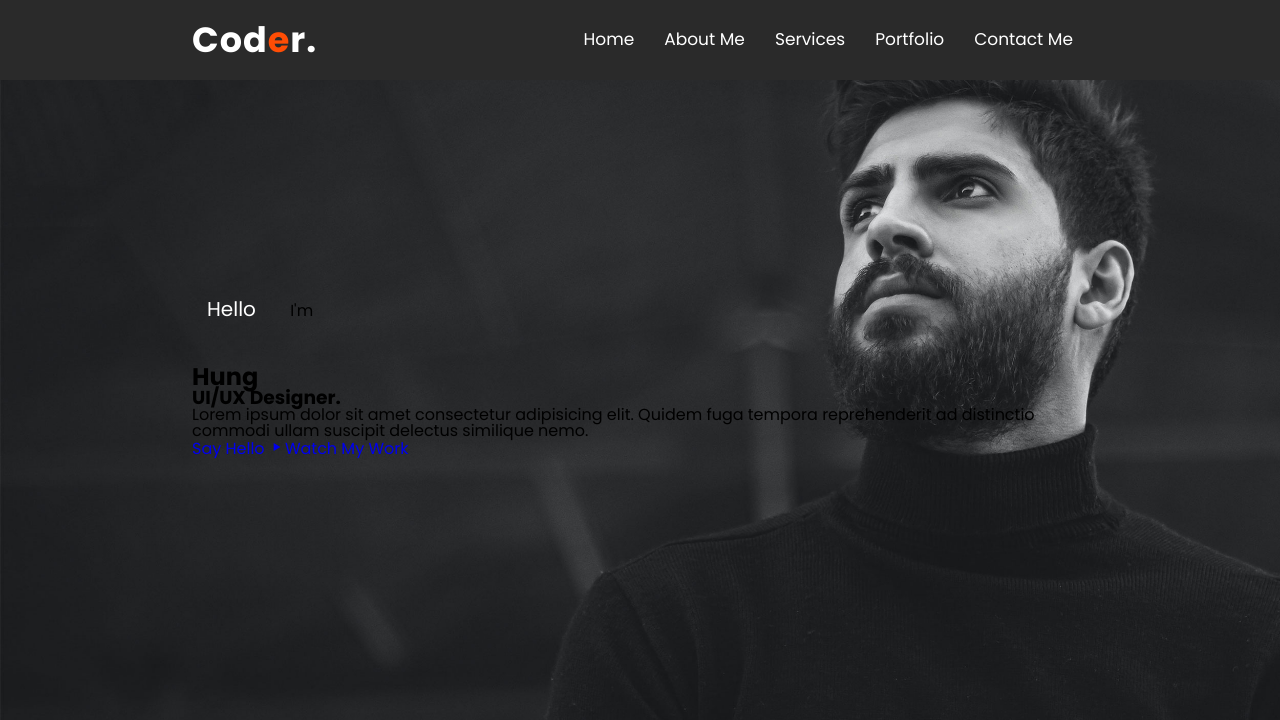
Repository: HungNg99/Protifolio2
Page: Portfolio/index.html
These files come from the project's save history. The page is drawn as it stood at one moment and after the next save; the edit follows.
The browser window is 1280 px wide. The pictures show the whole page.

Above is the page before, as saved 2022-12-09 09:50:15.

### Portfolio/index.html
<!DOCTYPE html>
<html lang="en">

<head>
    <meta charset="UTF-8">
    <meta http-equiv="X-UA-Compatible" content="IE=edge">
    <meta name="viewport" content="width=device-width, initial-scale=1.0">
    <title>Portfolio</title>
    <link rel="stylesheet" href="./reset.css">
    <link rel="stylesheet" href="./style.css">
    <link rel="stylesheet" href="https://cdnjs.cloudflare.com/ajax/libs/font-awesome/6.2.1/css/all.min.css"
        integrity="sha512-MV7K8+y+gLIBoVD59lQIYicR65iaqukzvf/nwasF0nqhPay5w/9lJmVM2hMDcnK1OnMGCdVK+iQrJ7lzPJQd1w=="
        crossorigin="anonymous" referrerpolicy="no-referrer" />

        <link rel="stylesheet"
        href="https://unpkg.com/boxicons@latest/css/boxicons.min.css">

    <link
        href="https://fonts.googleapis.com/css2?family=Montserrat:wght@800&family=Poppins:ital,wght@0,300;0,400;0,600;0,700;1,600&family=Roboto:wght@300;500&display=swap"
        rel="stylesheet">
</head>

<body>
    <!-- header design-->
    <header>
        <a href="#" class="logo">Cod<span>e</span>r.</a>
        <ul class="nav-list">
            <li><a href="#home" class="nav-link">
                    Home
                </a></li>
            <li><a href="#about" class="nav-link">
                    About Me
                </a></li>
            <li><a href="#services" class="nav-link">
                    Services
                </a></li>
            <li><a href="#portfolio" class="nav-link">
                    Portfolio
                </a></li>
            <li><a href="#contact" class="nav-link">
                    Contact Me
                </a></li>
        </ul>

        <div class="bx bx-menu" id="menu-icon">
        </div>
    </header>

    <!-- home section design -->
    <section class="home" id="home">
       <div class="home-text">
        <div class="slide">
            <span class="one">Hello</span>
            <span class="two">I'm</span>
        </div>
        <h1>Hung</h1>
        <h3>UI/UX <span>Designer.</span> </h3>
        <p>Lorem ipsum dolor sit amet consectetur adipisicing elit. Quidem fuga tempora reprehenderit ad distinctio commodi ullam suscipit delectus similique nemo.</p>
        <div class="button">
            <a href="#" class="btn">Say Hello</a>
            <a href="#" class="btn2"><span><i class='bx bx-play'></i>Watch My Work</span></a>
        </div>
       </div>
    </section>
    <script src="./scripts.js"></script>
</body>

</html>

### Portfolio/reset.css
html {
    box-sizing: border-box;
  }
  * {
    margin: 0;
    padding: 0;
  }
  *,
  *:before,
  *:after {
    box-sizing: border-box;
  }
  input,
  textarea,
  select,
  button {
    outline: none;
  }
  input {
    line-height: normal;
  }
  label,
  button {
    cursor: pointer;
  }
  a {
    text-decoration: none;
  }
  img {
    display: block;
    max-width: 100%;
  }
  *,
  *:before,
  *:after {
    box-sizing: border-box;
  }
  /* using rem unit */
  html {
    font-size: 62.5%;
  }
  a {
    text-decoration: none;
  }
  img {
    display: block;
    max-width: 100%;
  }
  body {
    font-family: "Poppins", sans-serif;
    font-size: 16px;
    line-height: 1;
    list-style: none;
    scroll-behavior: smooth;
    /* height: 200vh; */
  }

### Portfolio/style.css
:root{
    --bg-color: #2a2a2a;
    --second-bg-color: #202020;
    --text-color: #fff;
    --second-color:#ccc;
    --main-color: #ff4d05;
    --big-color: 5rem;
    --h2-font: 3rem;
    --p-font: 1.1rem;
}
header{
    position: fixed;
    width: 100%;
    top: 0;
    right: 0;
    z-index: 1000;
    align-items: center;
    justify-content: space-between;
    background: var(--bg-color);
    padding: 22px 15%;
    border-bottom: 1px solid transparent ;
    transition: all 0.45s ease;
    display: flex;
    justify-content: space-between;
    align-items: center;
}
.logo{
    color: var(--text-color);
    font-size:35px;
    font-weight: 700;
    letter-spacing: 1px;
}
.logo span{
    color: var(--main-color);
}
.nav-list{
    display:flex;
    list-style: none;
}
.nav-list .nav-link{
    color: var(--text-color);
    margin: 0 15px;
    font-size: 17px;
    font-weight: 500;
    transition: all 0.45s ease;
}
.nav-list .nav-link:hover{
    color: var(--main-color);
}
.nav-list .nav-link.active{
    color: var(--main-color);
}
#menu-icon{
  color: var(--text-color);
  font-size: 35px;
  z-index: 10001;
  cursor: pointer;
  margin-left: 25px;
  display:none;

}
section{
  padding: 160px 15% 120px;
}
.home{
 position: relative;
 background-image: url(./img/background.jpg);
 background-repeat: no-repeat;
 background-position: center;
 background-size: cover;
 height: 100vh;
 width: 100%;
 display: flex;
 align-items: center;
 justify-content: flex-start;
}
.slide{
    margin-bottom: 30px;
}
.one{
    display: inline-block;
    margin-right: 15px;
    height: 32px;
    padding: 0 15px;
    line-height: 1.2rem;
    font-size: 20px;
    font-weight: 500;
    background-color:(--main-color);
    color: var(--text-color);
}

Loaded but not shown: Portfolio/scripts.js (no copy from this time; the picture is the same without it)

After the next save:
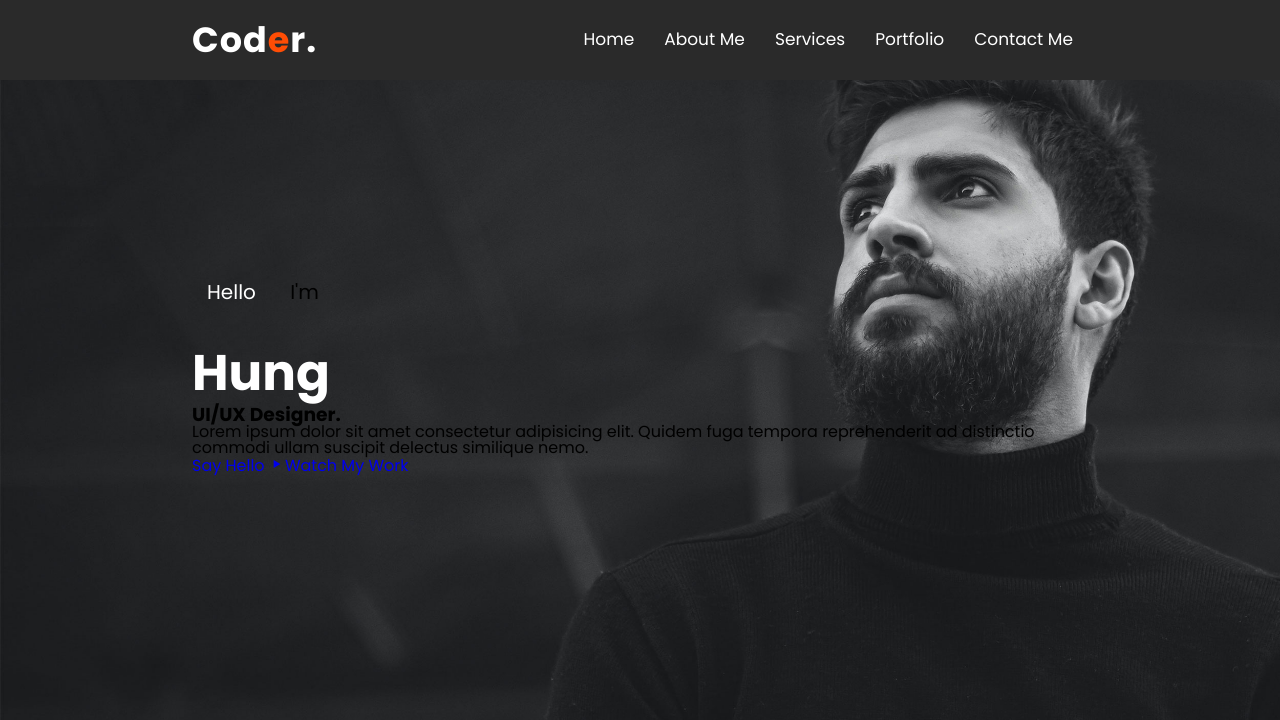
Saved 2 min 43 s later.
--- a/Portfolio/style.css
+++ b/Portfolio/style.css
@@ -4,7 +4,7 @@
     --text-color: #fff;
     --second-color:#ccc;
     --main-color: #ff4d05;
-    --big-color: 5rem;
+    --big-font: 5rem;
     --h2-font: 3rem;
     --p-font: 1.1rem;
 }
@@ -88,3 +88,15 @@ section{
     background-color:(--main-color);
     color: var(--text-color);
 }
+.two{
+    display: inline-block;
+    line-height: 1.2rem;
+    font-size: 20px;
+    font-weight: 500;
+}
+.home-text h1{
+  font-size: var(--big-font);
+  font-weight: 700;
+  color: var(--text-color);
+  margin: 0 0 8px;
+}
